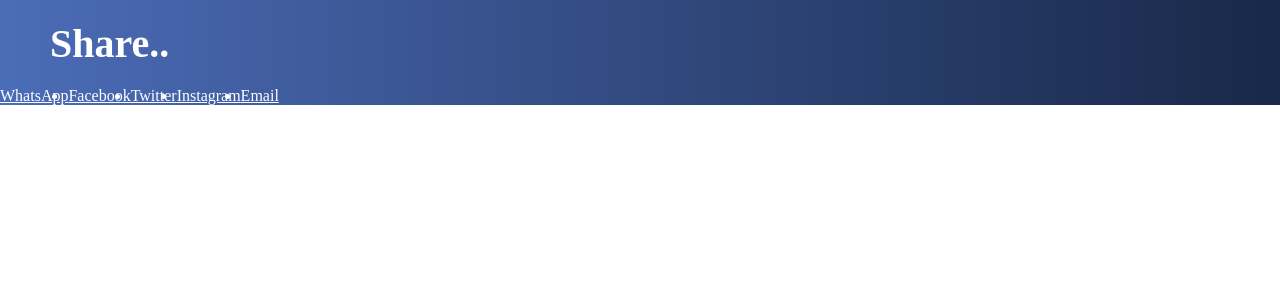
Repository: bhandarii7/TabX
Page: index.html
These files come from the project's save history. The page is drawn as it stood at one moment and after the next save; the edit follows.
The browser window is 1280 px wide. The pictures show the whole page.

Above is the page before, as saved 2021-10-04 21:06:23.

After the next save:
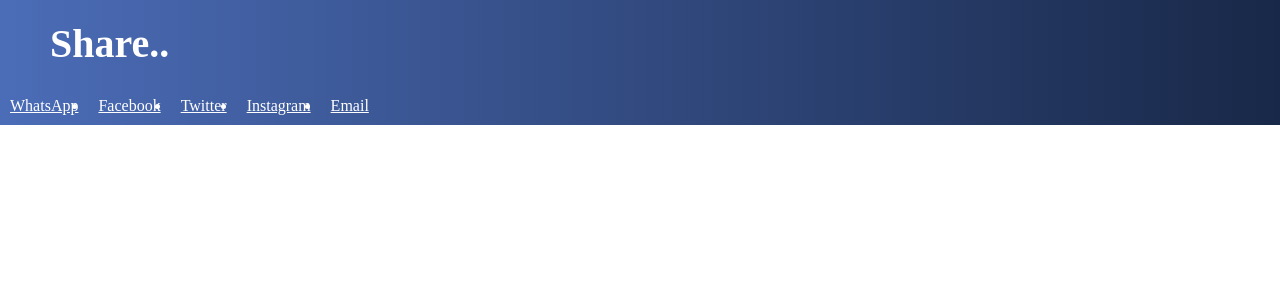
Saved 28 s later.
--- a/style1.css
+++ b/style1.css
@@ -17,3 +17,6 @@
     display: flex;
     flex-direction: row;
 }
+li{
+    padding: 10px;
+}
